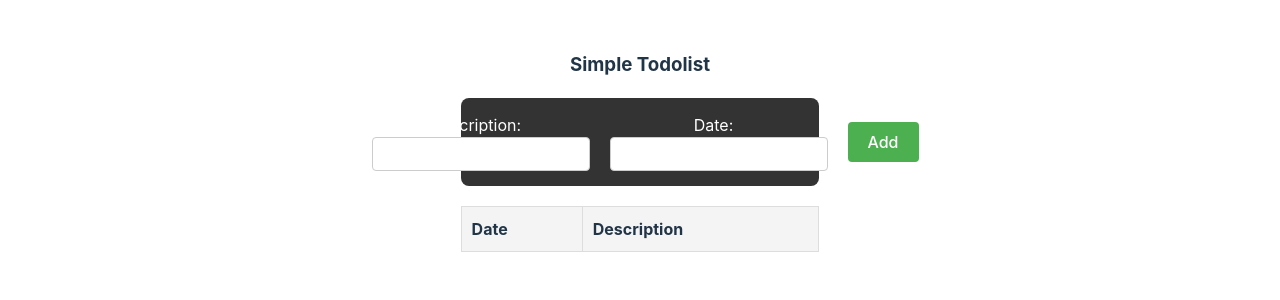
Repository: Aminul-Islam85/Todolist-with-delete
Page: /
The author's editor kept a copy of each file at every save. The page is drawn from the files as they stood at one save, then again after the next save.
The browser window is 1280 px wide. The pictures show the whole page.
The project was rebuilt for these pictures with package versions that can differ from the ones it lists, and the page was loaded fresh each time. Also part of the build but not shown: vite.config.js.

Above is the page before, as saved 2024-09-16 23:24:52.

After the next save:
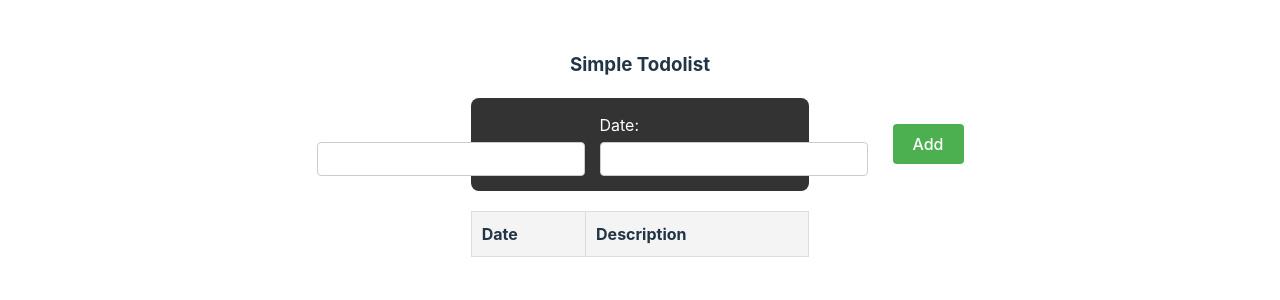
Saved 16 min 52 s later.
--- a/src/App.css
+++ b/src/App.css
@@ -59,19 +59,22 @@
   border-radius: 8px;
 }
 
-label {
-  margin-right: 10px;
+.input-group label {
+  display: flex;
+  flex-direction: column;
+  margin-right: 15px;
+  color: white;
   font-size: 16px;
-  color: white;
+  text-align: left;
 }
 
 .todo-input, .date-input {
   padding: 8px;
-  margin-left: 10px;
+  margin-top: 5px;
   border: 1px solid #ccc;
   border-radius: 4px;
   font-size: 14px;
-  width: 200px;
+  width: 250px;
 }
 
 .add-button {
